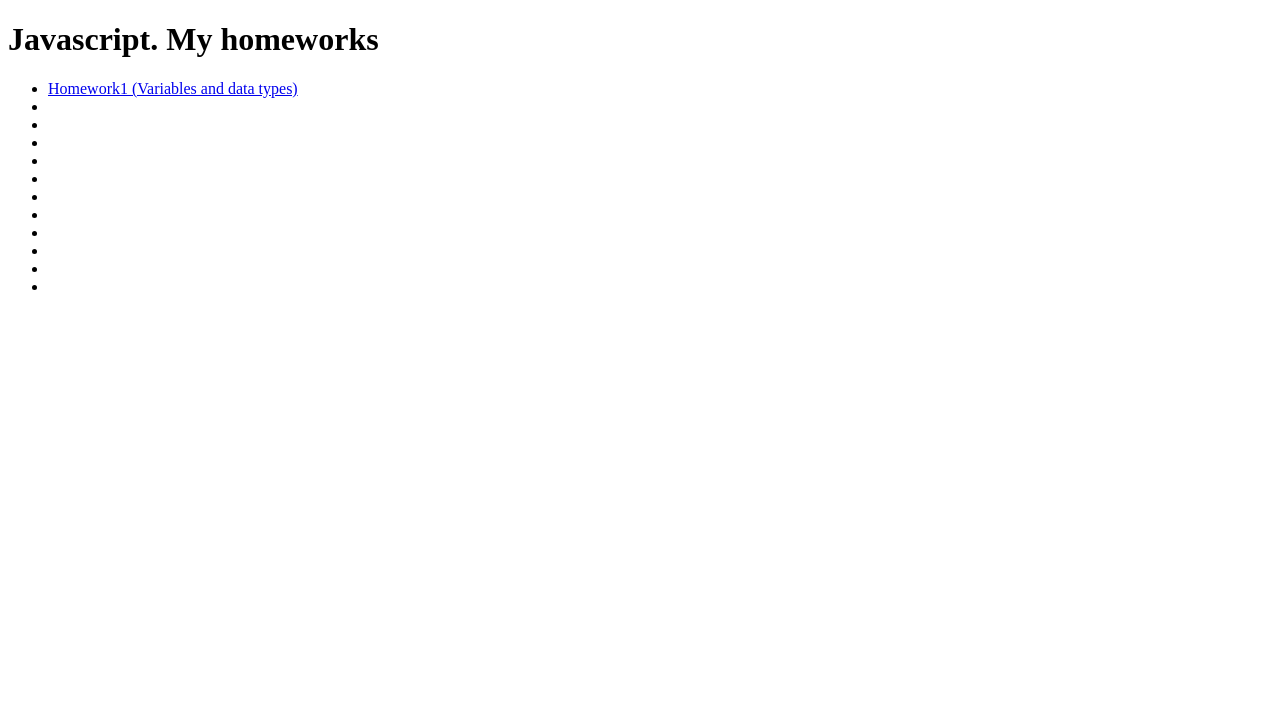
Repository: mariiastetsko/cursor-js-hw
Page: index.html
An editor plug-in stored every save of this project. The page is shown before and after a run of saves, followed by the edit.
The browser window is 1280 px wide. The pictures show the whole page.

Above is the page before, as saved 2020-07-22 19:15:08.

After the next 2 saves:
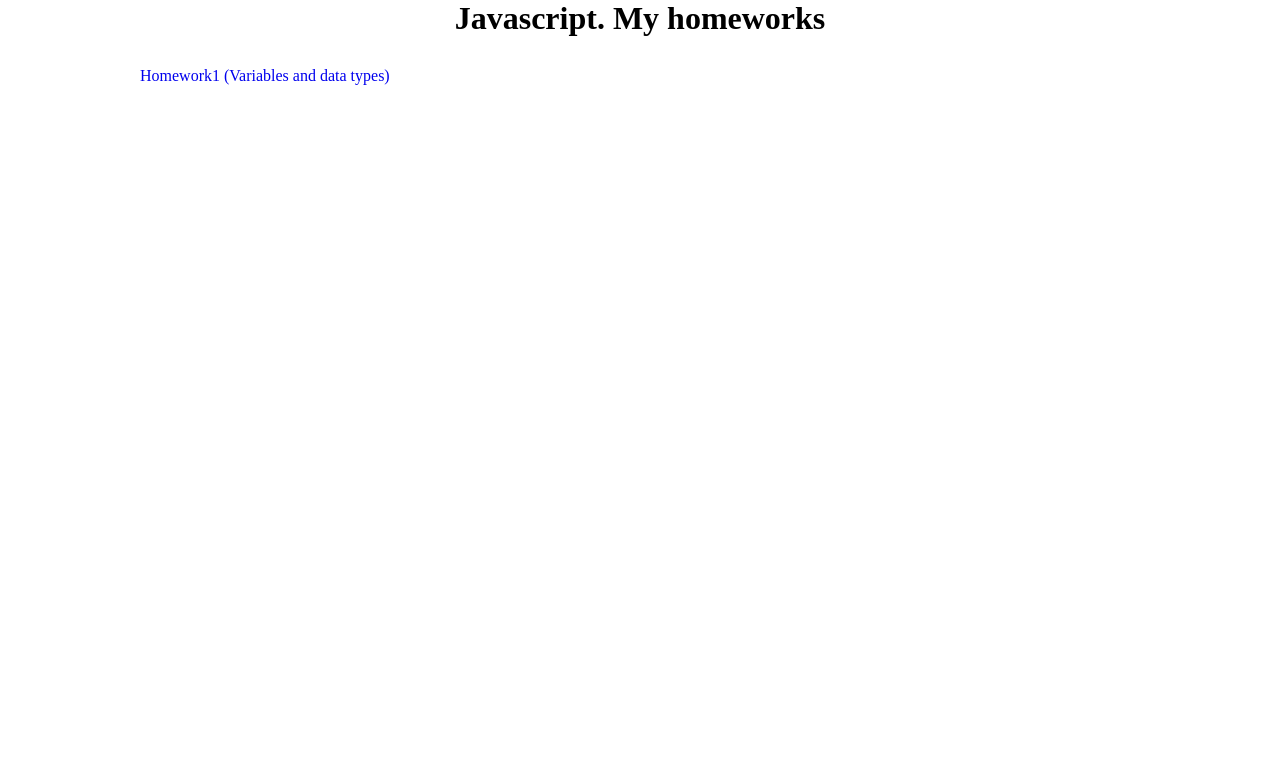
The 2 saves are shown as one change because they came seconds apart.
The last was saved 8 s later.
--- a/index.html
+++ b/index.html
@@ -4,7 +4,7 @@
     <meta charset="UTF-8" />
     <meta name="viewport" content="width=device-width, initial-scale=1.0" />
     <title>Cursor.JS.Homeworks</title>
-    <link rel="stylesheet" href="./">
+    <link rel="stylesheet" href="./style.css" />
   </head>
   <body>
     <h1>Javascript. My homeworks</h1>
